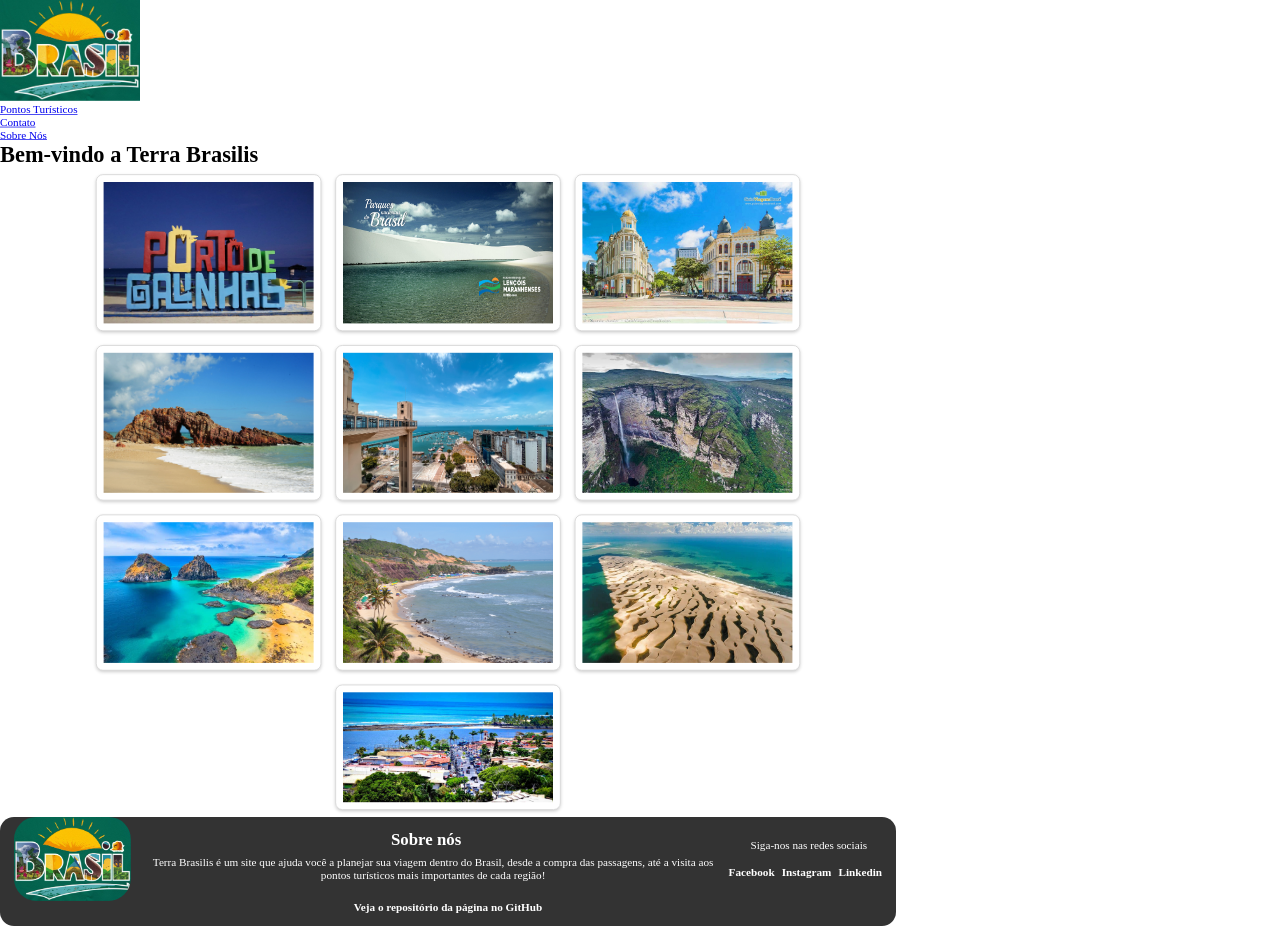
Repository: rodrigototy/ETE-PE
Page: tourism-agency/index.html
These files come from the project's save history. The page is drawn as it stood at one moment and after the next save; the edit follows.
The browser window is 1280 px wide. The page is 1280 px wide, then 1840 px, so the pictures cover 1840 px, including what lies to the right of the window. The pictures show the part of the page from y = 0 to 1360 px (the page is 1323 px tall before and 7899 px after), at 70% of full size.

Above is the page before, as saved 2024-04-04 20:58:03.

After the next save:
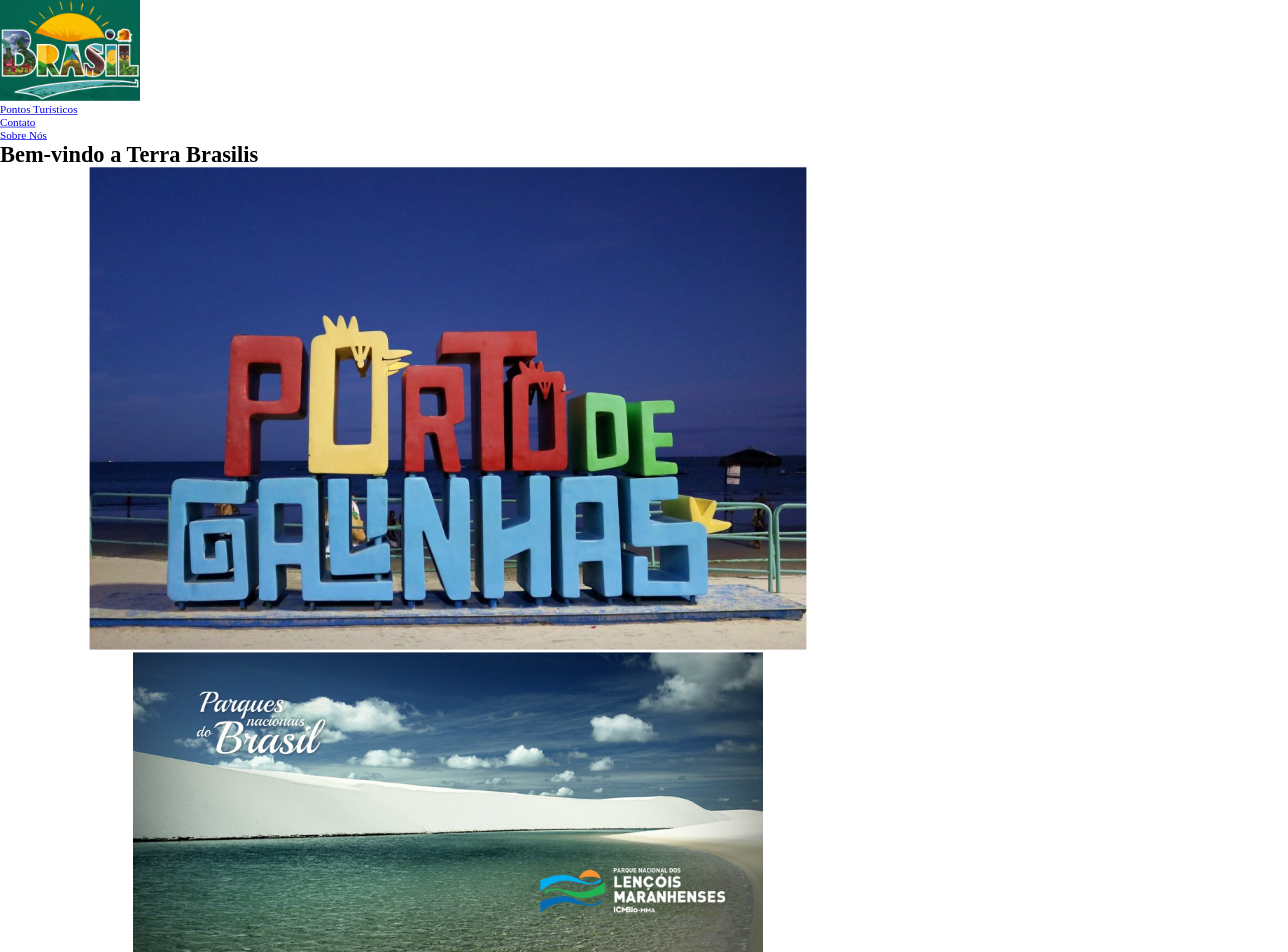
Saved 6 s later.
--- a/tourism-agency/static/css/style.css
+++ b/tourism-agency/static/css/style.css
@@ -10,26 +10,6 @@
 /* Estilizar o h1 do main */
 
 /* Estilizar os cards */
-.card {
-  display: flex;
-  border: 1px solid #ccc;
-  padding: 10px;
-  margin: 10px;
-  box-shadow: 0 2px 5px rgba(0, 0, 0, 0.2);
-  border-radius: 10px;
-}
-
-.card img {
-  max-width: 300px;
-  height: auto;
-}
-
-.texto {
-  display: flex;
-  flex-direction: column;
-  align-content: flex-start;
-  padding-left: 10px;
-}
 
 /* Estilizar o footer */
 footer {
